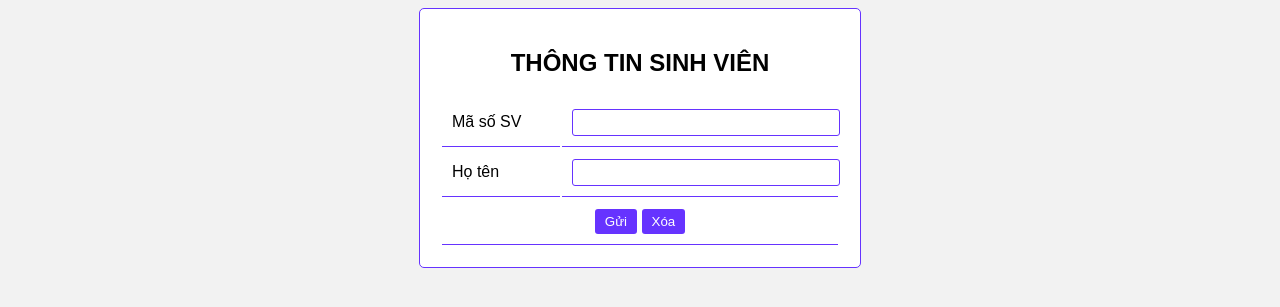
Repository: Pr-DuyTam/HTML-CSS-JS-PHP
Page: http://localhost/Bài 1 (Tạo form thông tin)/Form2.php
These files come from the project's save history. The page is drawn as it stood at one moment and after the next save; the edit follows.
The browser window is 1280 px wide. The pictures show the whole page.
The page is run by PHP 8.4 with error messages shown; the project is at /var/www/html/.

Above is the page before, as saved 2023-09-02 10:01:55.

After the next save:
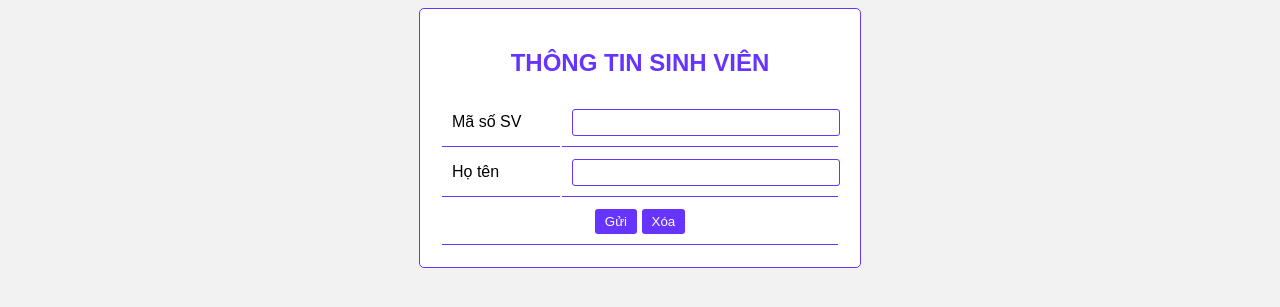
Saved 78 s later.
--- a/PHP/Bài tập PHP/Bài 1 (Tạo form thông tin)/Form2.php
+++ b/PHP/Bài tập PHP/Bài 1 (Tạo form thông tin)/Form2.php
@@ -1,84 +1,84 @@
 <!DOCTYPE html>
 <html>
-	<head>
-		<title>Thông tin sinh viên</title>
-		<meta http-equiv="Content-Type" content="text/html; charset=utf-8">
-		<style type="text/css">
-			body {
-				background-color: #f2f2f2;
-				font-family: Arial, sans-serif;
-			}
+<head>
+	<title>Thông tin sinh viên</title>
+	<meta http-equiv="Content-Type" content="text/html; charset=utf-8">
+	<style type="text/css">
+		body {
+			background-color: #f2f2f2;
+			font-family: Arial, sans-serif;
+		}
 
-			.container {
-				width: 400px;
-				margin: 0 auto;
-				padding: 20px;
-				background-color: #ffffff;
-				border: 1px solid #6633FF;
-				border-radius: 5px;
-			}
+		.container {
+			width: 400px;
+			margin: 0 auto;
+			padding: 20px;
+			background-color: #ffffff;
+			border: 1px solid #6633FF;
+			border-radius: 5px;
+		}
 
-			.container h2 {
-				text-align: center;
-				margin-bottom: 20px;
-			}
+		.container h2 {
+			text-align: center;
+			margin-bottom: 20px;
+			color: #6633FF;
+		}
 
-			.container table {
-				width: 100%;
-			}
+		.container table {
+			width: 100%;
+		}
 
-			.container th, .container td {
-				padding: 10px;
-				border-bottom: 1px solid #6633FF;
-			}
+		.container th, .container td {
+			padding: 10px;
+			border-bottom: 1px solid #6633FF;
+		}
 
-			.container td input[type="text"] {
-				width: 100%;
-				padding: 5px;
-				border: 1px solid #6633FF;
-				border-radius: 3px;
-			}
+		.container td input[type="text"] {
+			width: 100%;
+			padding: 5px;
+			border: 1px solid #6633FF;
+			border-radius: 3px;
+		}
 
-			.container td input[type="submit"], .container td input[type="reset"] {
-				padding: 5px 10px;
-				border: none;
-				border-radius: 3px;
-				background-color: #6633FF;
-				color: #ffffff;
-				cursor: pointer;
-			}
+		.container td input[type="submit"], .container td input[type="reset"] {
+			padding: 5px 10px;
+			border: none;
+			border-radius: 3px;
+			background-color: #6633FF;
+			color: #ffffff;
+			cursor: pointer;
+		}
 
-			.container td input[type="submit"]:hover, .container td input[type="reset"]:hover {
-				background-color: #330099;
-			}
+		.container td input[type="submit"]:hover, .container td input[type="reset"]:hover {
+			background-color: #330099;
+		}
 
-		</style>
-		<script language="Javascript">
+	</style>
+	<script language="Javascript">
+	</script>
+</head>
 
-		</script>
-	</head>
-
-	<body>
-		<div class="container">
-			<h2>THÔNG TIN SINH VIÊN</h2>
-			<form name="f" method="POST" action="xulyform2.php">
-				<table>
-					<tr>
-						<td>Mã số SV</td>
-						<td><input type="text" name="txtMSSV" /></td>
-					</tr>
-					<tr>
-						<td>Họ tên</td>
-						<td><input type="text" name="txtHoTen" /></td>
-					</tr>
-					<tr>
-						<td colspan="2" align="center">
-							<input type="submit" name="btnGui" value="Gửi" />
-							<input type="reset" name="btnXoa" value="Xóa" />
-						</td>
-					</tr>
-				</table>
-			</form>
-		</div>
-	</body>
+<body>
+	<div class="container">
+		<h2>THÔNG TIN SINH VIÊN</h2>
+		<form name="f" method="POST" action="xulyform2.php">
+			<table>
+				<tr>
+					<td>Mã số SV</td>
+					<td><input type="text" name="txtMSSV" /></td>
+				</tr>
+				<tr>
+					<td>Họ tên</td>
+					<td><input type="text" name="txtHoTen" /></td>
+				</tr>
+				<tr>
+					<td colspan="2" align="center">
+						<input type="submit" name="btnGui" value="Gửi" />
+						<input type="reset" name="btnXoa" value="Xóa" />
+					</td>
+				</tr>
+			</table>
+		</form>
+	</div>
+</body>
 </html>
